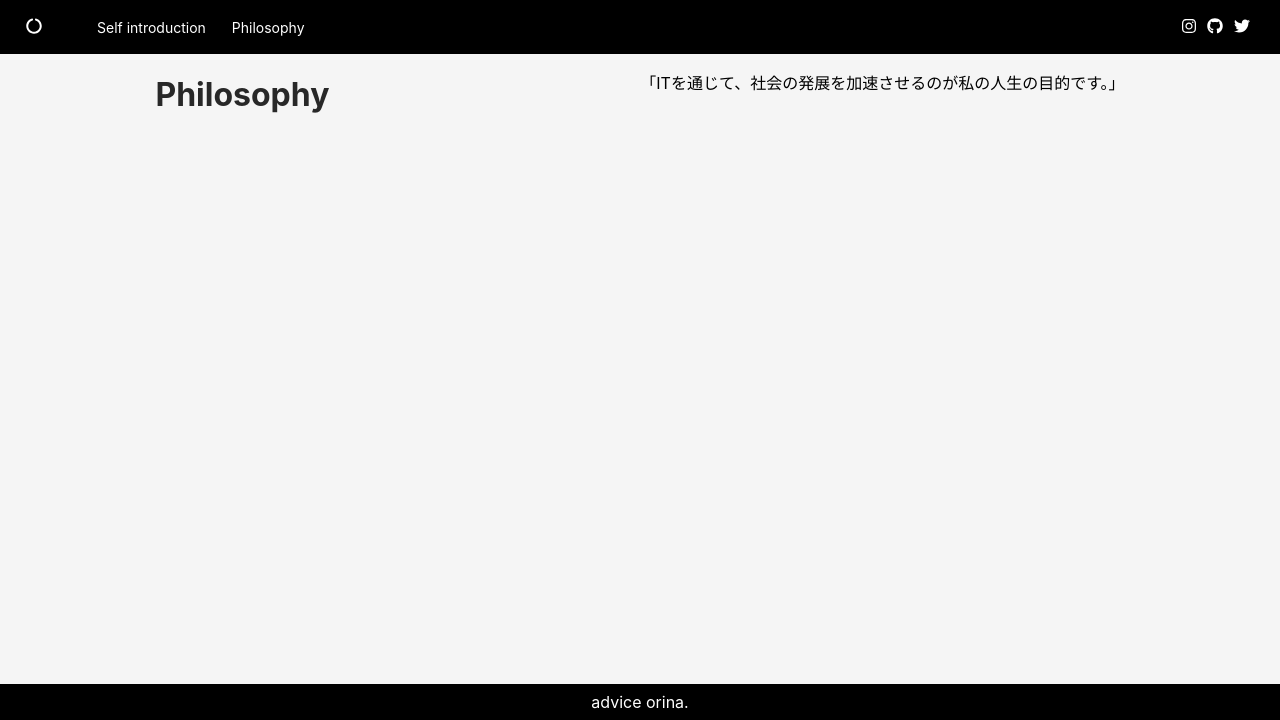
Repository: Rujuu-prog/react-mysite
Page: /philosophy
These files come from the project's save history. The page is drawn as it stood at one moment and after the next save; the edit follows.
The browser window is 1280 px wide. The pictures show the whole page.
The project was rebuilt for these pictures with package versions that can differ from the ones it lists, and the page was loaded fresh each time. Also part of the build but not shown: src/components/pages/SelfIntroduction.tsx, src/components/pages/Top.tsx.

Above is the page before, as saved 2021-05-13 01:38:36.

### src/App.tsx
import { Router } from "./router/Router";
import './App.css';



export default function App() {
  return (
    <div className="App" >
      <Router />
    </div>
  );
}

### src/router/Router.tsx
import React from "react";
import { BrowserRouter, Route, Switch } from "react-router-dom";
import { Philosophy } from "../components/pages/Philosophy";
import { SelfIntroduction } from "../components/pages/SelfIntroduction";
import { Top } from "../components/pages/Top";
import { DefaultLayout } from "../components/templates/DefaultLayout";

export const Router:React.FC = () => {
    return(
        <BrowserRouter>
            <Switch>
                <Route exact path="/">
                <DefaultLayout>
                    <Top />
                </DefaultLayout>
                </Route>
                <Route exact path="/selfintroduction">
                <DefaultLayout>
                    <SelfIntroduction/>
                </DefaultLayout>
                </Route>
                <Route path="/philosophy">
                <DefaultLayout>
                    <Philosophy />
                </DefaultLayout>
                </Route>
            </Switch>
        </BrowserRouter>
    );
}

### src/components/pages/Philosophy.tsx
import React from "react";
import styled from "styled-components";
import { DefaultLayout } from "../templates/DefaultLayout";
import me from '../atoms/img/me.svg'

export const Philosophy:React.FC = () => {
    return(
        <SMainContainer>
            <h1>Philosophy</h1>
            <p>「ITを通じて、社会の発展を加速させるのが私の人生の目的です。」</p>
        </SMainContainer>

    );
};

const SMainContainer = styled.div`
    display: flex;
    flex-direction: row;
    justify-content: space-around;
    flex-grow: 1;
    background-color: #f5f5f5;
    height: 90vh;
    h1 {
        color: #282828;
    }
`;

### src/components/templates/DefaultLayout.tsx
import React from "react";
import styled from "styled-components";

import { FooterOnly } from "./FooterOnly";
import { HeaderOnly } from "./HeaderOnly";

type Props = {
    children?: React.ReactNode;
};

export const DefaultLayout: React.FC<Props> = ({children}) => {
    return (
    <SContainer>
        <HeaderOnly/>
        {children}
        <FooterOnly/>
    </SContainer>
    );
};

const SContainer = styled.div`
    min-height: 100vh;
    position: relative;
    box-sizing: border-box;
`;

### src/components/templates/FooterOnly.tsx
import React from "react";
import { Link } from "react-router-dom";
import styled from "styled-components";

import { Footer } from "../atoms/layout/Footer";


export const FooterOnly: React.FC = () => {
    return (
    <>
        <Footer />
    </>
    );
};


// const SLink = styled(Link)`
//     margin: 0 8px;
// `;

### src/components/templates/HeaderOnly.tsx
import React from "react";
import { Link } from "react-router-dom";
import styled from "styled-components";

import { Header } from "../atoms/layout/Header";
import { SecondaryButton } from "../atoms/button/SecondaryButton"
import { IconList } from "../molecules/IconList";
import { SiteIcon } from "../atoms/icon/SiteIcon";
import { NaviBar } from "../atoms/layout/NaviBar";

type Props = {
    children?: React.ReactNode;
};

export const HeaderOnly: React.FC<Props> = ({children}) => {
    return (
    <>
        <Header>
            <SiteIcon/>
            <NaviBar/>
        </Header>
        {children}
    </>
    );
};


// const SLink = styled(Link)`
//     margin: 0 8px;
// `;

### src/components/atoms/layout/Footer.tsx
import React from "react";
import styled from "styled-components";

export const Footer:React.FC = () => {
    return <SFooter><Sp>advice orina.</Sp></SFooter>;
};

const SFooter = styled.footer`
    background-color: black;
    color: #fff;
    text-align: center;
    padding: 8px 0;
    position: absolute;
    bottom: 0;
    width: 100%;
`;

const Sp = styled.p`
    margin: 0;
`;

### src/components/atoms/layout/Header.tsx
import React from "react";
import styled from "styled-components";

import { PrimaryButton } from '../button/PrimaryButton'

type Props = {
    children?: React.ReactNode;
}

export const Header: React.FC<Props> = ({children}) => {
    return (<SHeader>{children}</SHeader>);
};

const SHeader = styled.header`
    display: flex;
    align-items: center;
    height: 10%;
    background-color: black;
    color: #fff;
    padding: 16px 24px;
`;

### src/components/atoms/icon/SiteIcon.tsx
import { faCircleNotch } from "@fortawesome/free-solid-svg-icons";
import { FontAwesomeIcon } from "@fortawesome/react-fontawesome";
import styled from "styled-components";
import { Link } from "react-router-dom";

const IconStyle = {
    padding:"2",
    fontsize:"50"
}

export const SiteIcon:React.FC = () => {
    return(<SLink to="/"><FontAwesomeIcon style={IconStyle} icon={faCircleNotch}></FontAwesomeIcon></SLink>);
}

const SLink = styled(Link)`
    text-decoration: none;
    color: #fff;
`;

### src/components/atoms/layout/NaviBar.tsx
import React from "react";
import { Link } from "react-router-dom";
import styled from "styled-components";

import { SecondaryButton } from "../button/SecondaryButton"
import { IconList } from "../../molecules/IconList";

type Props = {
    children?: React.ReactNode;
};

export const NaviBar: React.FC<Props> = ({children}) => {
    return (
    <>
        <SNavi>
            <li><SLink to="/selfintroduction"><SecondaryButton>Self introduction</SecondaryButton></SLink></li>
            <Slist><SLink to="/philosophy"><SecondaryButton>Philosophy</SecondaryButton></SLink></Slist>
            <li><IconList/></li>
        </SNavi>
        {children}
    </>
    );
};


const SNavi = styled.ul`
    display: flex;
    // justify-content: space-between;
    align-items: center;
    width: 100%;
    margin: 0;
    background-color: black;
    list-style: none;
    color: #fff;
    text-align: center;
`;

const Slist = styled.li`
    margin-right: auto;
`;

const SLink = styled(Link)`
    margin: 0 8px;
    text-decoration: none;
`;

### src/components/atoms/button/SecondaryButton.tsx
import styled from "styled-components";

export const SecondaryButton = (props:any) => {
    const { children } = props;
    return <SButton>{children}</SButton>;
};

const SButton = styled.a`
    color: #fff;
    width: 10%;
    font-size: 14px;
    padding: 5px;
`;

### src/components/molecules/IconList.tsx
import React from "react";
import styled from "styled-components";
import { Github } from "../atoms/icon/Github";
import { Instagram } from "../atoms/icon/Instagram";
import { Twitter } from "../atoms/icon/Twitter";

export const IconList:React.FC = () => {
    return(
        <SIconContainer>
            <Instagram/>
            <Github/>
            <Twitter/>
        </SIconContainer>
    );
};

const SIconContainer = styled.div`
    display: flex;
    align-items: center;
    justify-content: space-around;
    width: 80px;
`;

### src/components/atoms/icon/Github.tsx
import { faGithub } from "@fortawesome/free-brands-svg-icons";
import { FontAwesomeIcon } from "@fortawesome/react-fontawesome"
import styled from "styled-components";


const IconStyle = {
    padding:"2",
    fontsize:"50",
}

export const Github:React.FC = () => {
    return(<SButton href='https://github.com/Rujuu-prog'><FontAwesomeIcon style={IconStyle} icon={faGithub}></FontAwesomeIcon></SButton>);
}

const SButton = styled.a`
    text-decoration: none;
    color: #fff;
`;

### src/components/atoms/icon/Instagram.tsx
import { faInstagram } from "@fortawesome/free-brands-svg-icons";
import { FontAwesomeIcon } from "@fortawesome/react-fontawesome";
import styled from "styled-components";

const IconStyle = {
    padding:"2",
    fontsize:"50"
}

export const Instagram:React.FC = () => {
    return(<SButton href='https://www.instagram.com/rujuuuuuu/'><FontAwesomeIcon style={IconStyle} icon={faInstagram}></FontAwesomeIcon></SButton>);
}

const SButton = styled.a`
    text-decoration: none;
    color: #fff;
`;

### src/components/atoms/icon/Twitter.tsx
import { faInstagram, faTwitter } from "@fortawesome/free-brands-svg-icons";
import { FontAwesomeIcon } from "@fortawesome/react-fontawesome"
import styled from "styled-components";

const IconStyle = {
    padding:"2",
    fontsize:"50"
}

export const Twitter:React.FC = () => {
    return(<SButton href='https://twitter.com/Rujuu2118'><FontAwesomeIcon style={IconStyle} icon={faTwitter}></FontAwesomeIcon></SButton>);
}

const SButton = styled.a`
    text-decoration: none;
    color: #fff;
`;

Loaded but not shown: public/index.html (common file); src/index.tsx (common file); src/index.css (common file); src/reportWebVitals.ts (common file); src/App.css (common file)

After the next save:
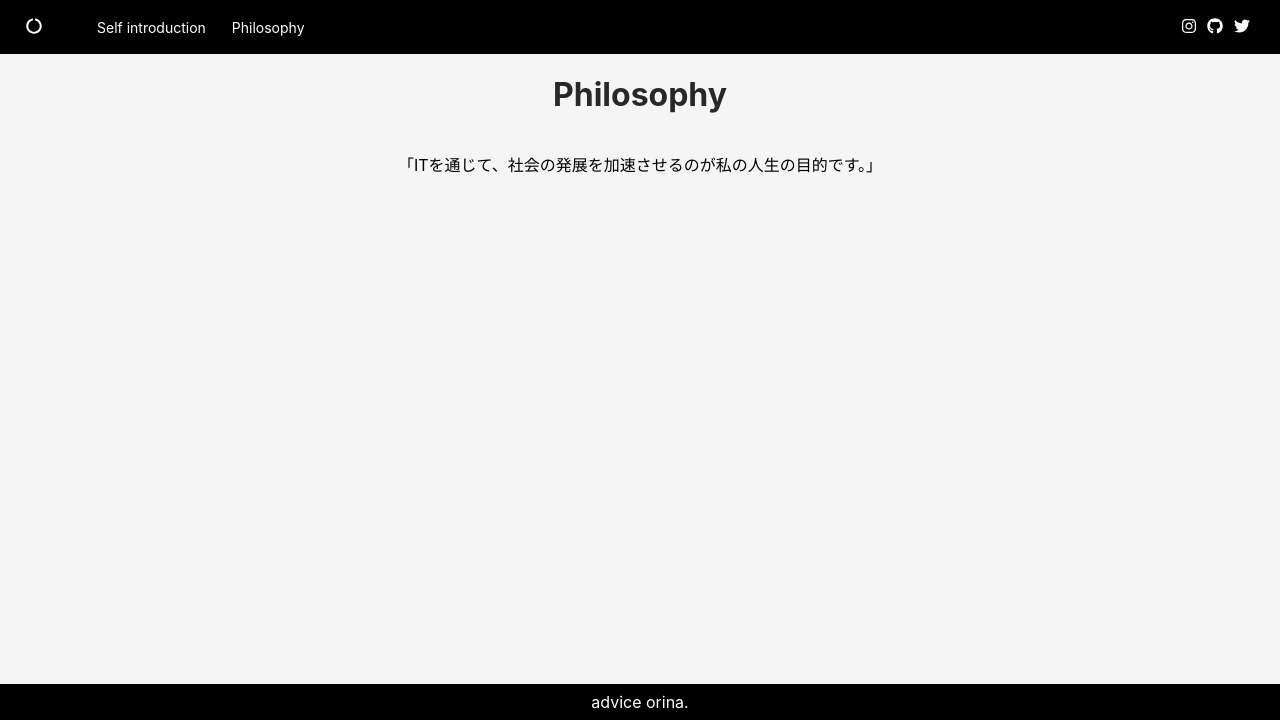
Saved 32 s later.
--- a/src/components/pages/Philosophy.tsx
+++ b/src/components/pages/Philosophy.tsx
@@ -15,9 +15,9 @@ export const Philosophy:React.FC = () => {
 
 const SMainContainer = styled.div`
     display: flex;
-    flex-direction: row;
-    justify-content: space-around;
-    flex-grow: 1;
+    flex-direction: column;
+    justify-content: flex-start;
+    align-items: center;
     background-color: #f5f5f5;
     height: 90vh;
     h1 {
